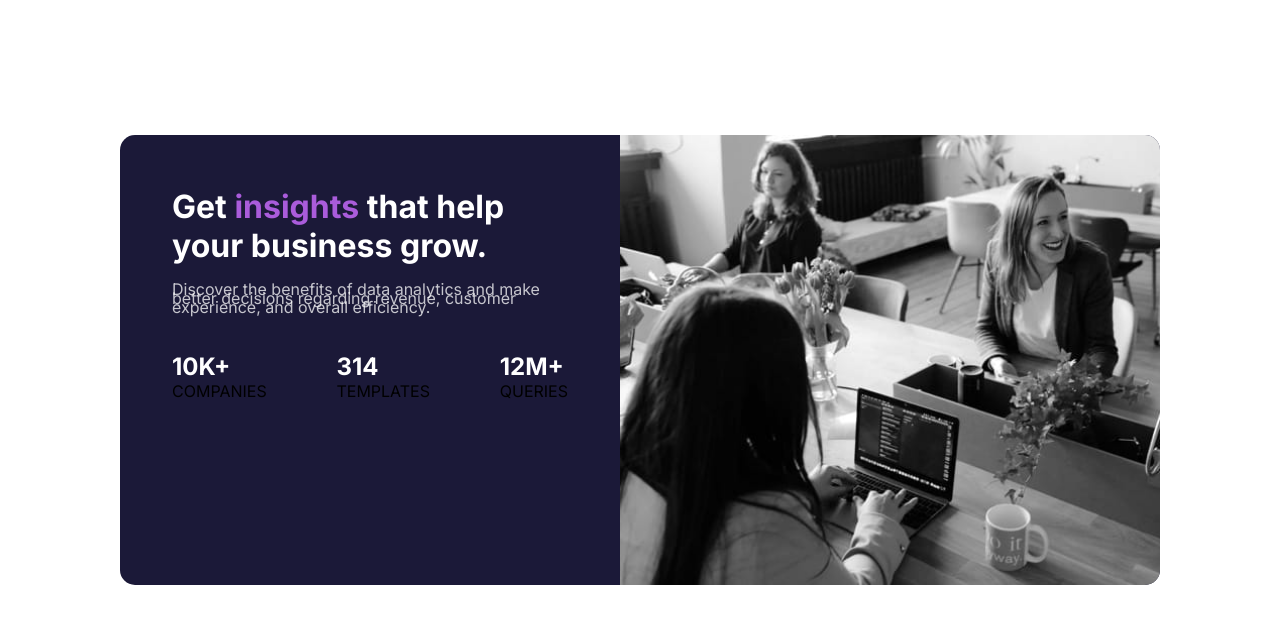
Repository: keisewarsame/stats-preview-frontendmentor
Page: index.html
The author's editor kept a copy of each file at every save. The page is drawn from the files as they stood at one save, then again after a run of saves.
The browser window is 1280 px wide. The pictures show the whole page.

Above is the page before, as saved 2022-07-12 13:02:45.

After the next 4 saves:
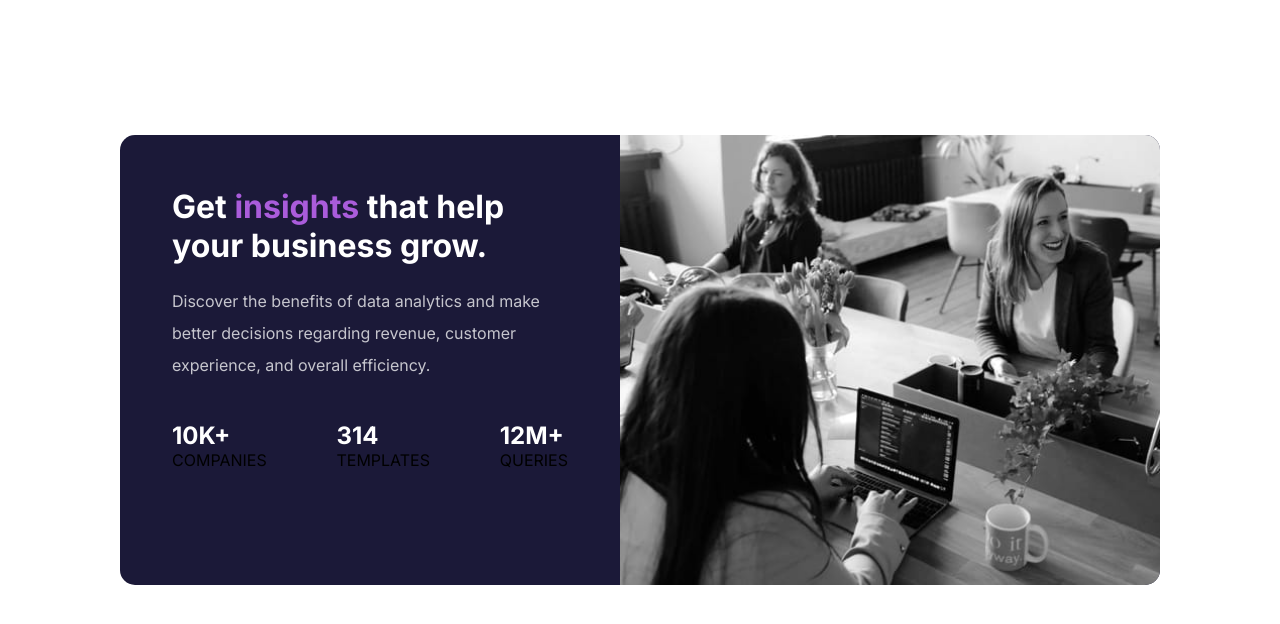
The 4 saves are shown as one change because they came seconds apart.
The last was saved 10 s later.
--- a/styles.css
+++ b/styles.css
@@ -41,7 +41,7 @@ body {
 .subtitle {
     color: hsla(0, 0%, 100%, 0.75);
     margin-bottom: 40px;
-    line-height: 9px;
+    line-height: 2;
 }
 
 .stats-component {
